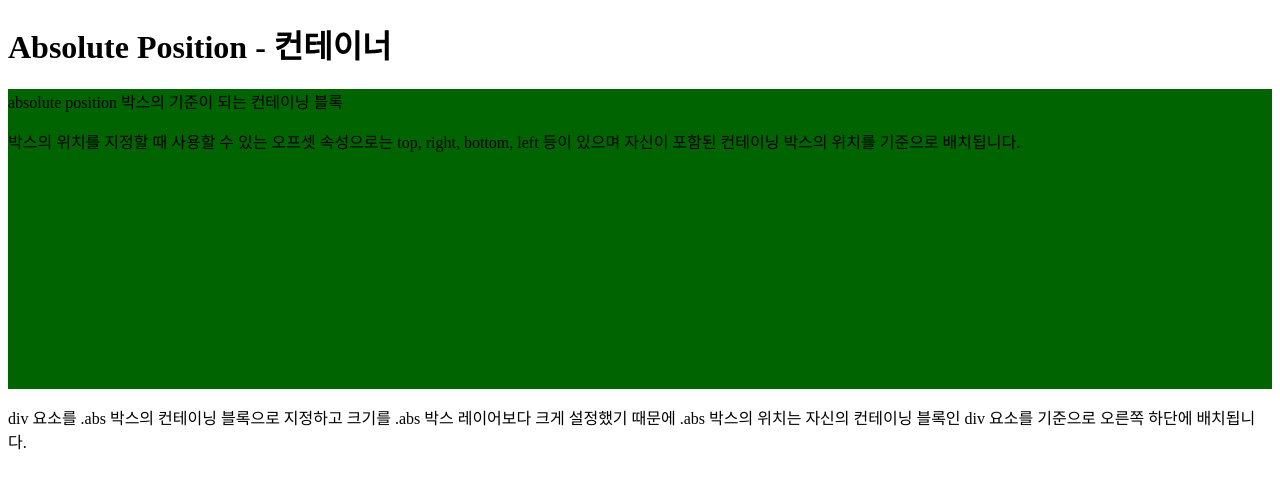
Repository: WonSeungUn/VSCODE
Page: web_work/CSS/WebContent/css_exam06.html
The author's editor kept a copy of each file at every save. The page is drawn from the files as they stood at one save, then again after the next save.
The browser window is 1280 px wide. The pictures show the whole page.

Above is the page before, as saved 2024-07-09 05:40:52.

### web_work/CSS/WebContent/css_exam06.html
<!DOCTYPE html PUBLIC "-//W3C//DTD XHTML 1.0 Transitional//EN" "http://www.w3.org/TR/xhtml1/DTD/xhtml1-transitional.dtd">
<html xmlns="http://www.w3.org/1999/xhtml" xml:lang="ko">
<head>
<title>absolute position의 컨테이닝 박스</title>
<meta http-equiv="content-type" content="text/html; charset=euc-kr" />
<style type="text/css">
#box {
	position: relative;
	background: darkgreen;
	width: 100%;
	height: 300px;
}
</style>
</head>
<body>
	<h1>Absolute Position - 컨테이너</h1>
	<div id="box">
		<p>absolute position 박스의 기준이 되는 컨테이닝 블록</p>
		<p class="abs">박스의 위치를 지정할 때 사용할 수 있는 오프셋 속성으로는 top, right,
			bottom, left 등이 있으며 자신이 포함된 컨테이닝 박스의 위치를 기준으로 배치됩니다.</p>
	</div>
	<p>div 요소를 .abs 박스의 컨테이닝 블록으로 지정하고 크기를 .abs 박스 레이어보다 크게 설정했기 때문에
		.abs 박스의 위치는 자신의 컨테이닝 블록인 div 요소를 기준으로 오른쪽 하단에 배치됩니다.</p>
</body>
</html>

After the next save:
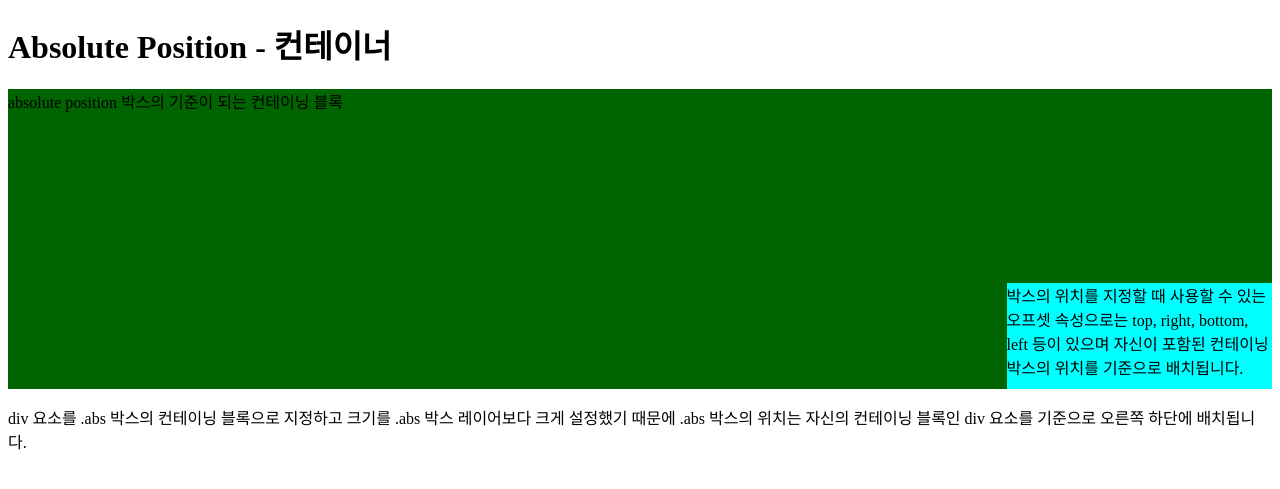
Saved 31 s later.
--- a/web_work/CSS/WebContent/css_exam06.html
+++ b/web_work/CSS/WebContent/css_exam06.html
@@ -9,6 +9,15 @@
 	background: darkgreen;
 	width: 100%;
 	height: 300px;
+}
+.abs {
+    position: absolute;
+    bottom: 0;
+    width: 21%;
+    background: aqua;
+    right: 0;
+    margin: 0;
+    padding-bottom: 10px;
 }
 </style>
 </head>
